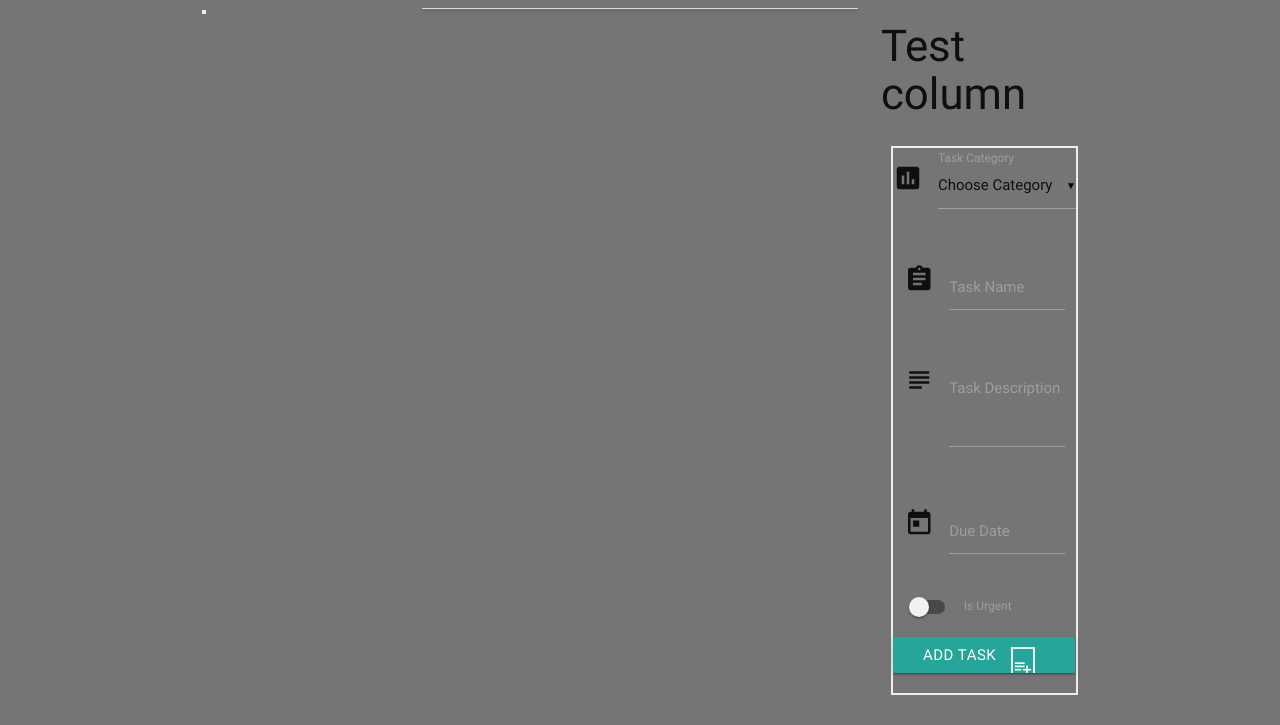
Repository: teetsjeremy/dcProject
Page: http://localhost/
The author's editor kept a record of every edit. The page is drawn from the files as they stood at one moment, then again after the next edit.
The browser window is 1280 px wide. The pictures show the whole page.
Some web libraries are served in a nearby version. The page is served by the project's application, run on Flask 3 (app.py). Queries for data that is not in the repository find no rows.

Above is the page before.

### templates/main.html
{% extends 'base.html' %}
{% block content %}

<div class="row">
    <div class="col s3">
        <div class="left">

        </div>
    </div>
    <div class="col s6">
        <ul class="collapsible" data-collapsible="accordion">
            {% for task in tasks %}
                <li>
                        <div class="collapsible-header">
                            <div class="col s3">
                            <i class="material-icons">expand_more</i>
                            </div>
                            <div class="col s9">
                                <strong>{{task.title}}</strong>
                            </div>
                        </div>
                        <div class="collapsible-body">

                            <span>
                                {{task.desc_of_problem}}
                            </span>

                            <div>
                                <a href="{{url_for('get_tasks', task_id=task._id)}}" class="waves-effect waves-light btn btn_small">Done</a>
                                <a href="{{url_for('edit_task', task_id=task._id)}}" class="waves-effect waves-light btn btn_small blue">Edit</a>
                            </div>

                        </div>
                    </li>
            {% endfor %}
        </ul>
    </div>
    <div class="col s3">
        <h3>Test column</h3>
        <div class="right">
            <form action="{{ url_for('insert_task') }}" method="POST"  class="col s12">
                <div class="row">
                    <div class="row">
                        <div class="input-field col s12">
                            <i class="material-icons prefix">poll</i>
                            <select id="category" name="category_name">
                        <option value="" disabled selected>Choose Category</option>
                        {% for cat in categories %}
                            <option value="{{cat.category_name}}">{{cat.category_name}}</option>
                        {% endfor %}
                        </select>
                        <label>Task Category</label>
                        </div>
                    </div>
                    <div class="input-field col s12">
                        <i class="material-icons prefix">assignment</i>
                        <input id="task_name" name="task_name" type="text">
                        <label for="icon_prefix">Task Name</label>
                    </div>
                </div>
                <div class="row">
                    <div class="input-field col s12">
                        <i class="material-icons prefix">subject</i>
                        <textarea name="task_description" id="task_description" class="materialize-textarea"></textarea>
                        <label for="icon_telephone">Task Description</label>
                    </div>
                </div>
                <div class="row">
                    <div id="matfix" class="input-field col s12">
                        <i class="material-icons prefix">today</i>
                        <input id="due_date" name="due_date" type="text" class="datepicker">
                        <label for="icon_prefix">Due Date</label>
                    </div>
                </div>
                <div class="row">
                    <div class="switch">
                        <label>
                          <input id="is_urgent" name="is_urgent" type="checkbox">
                          <span class="lever"></span>
                          Is Urgent
                        </label>
                    </div>
                </div>
                <div class="row">
                    <button class="btn waves-effect waves-light" type="submit" name="action">Add Task
                        <i class="material-icons right">playlist_add</i>
                     </button>
                </div>
            </form>
        </div>
    </div>

</div>

{% endblock %}

### templates/base.html
<!DOCTYPE html>
<html lang="en">
<head>
    <meta charset="UTF-8">
    <meta name="viewport" content="width=device-width, initial-scale=1.0">
    <meta http-equiv="X-UA-Compatible" content="ie=edge">
    <title>dc-Project</title>

        <link href="https://fonts.googleapis.com/icon?family=Material+Icons" rel="stylesheet">
        <link rel="stylesheet" href="https://cdnjs.cloudflare.com/ajax/libs/materialize/0.100.2/css/materialize.min.css">
        <link rel="stylesheet" href="{{url_for('static', filename='css/style.css')}}" type="text/css" />

</head>
<body>

    <div class="container">
        {% block content %} {% endblock %}
    </div>

    <script src="https://cdnjs.cloudflare.com/ajax/libs/jquery/3.2.1/jquery.min.js"></script>
    <script src="https://cdnjs.cloudflare.com/ajax/libs/materialize/0.100.2/js/materialize.min.js"></script>
    <script type="text/javascript">
        $(document).ready(function() {
            $('.collapsible').collapsible();
            $('select').material_select();
        });

        document.getElementById("matfix").addEventListener("click", function(e) {e.stopPropagation(); });

        </script>
</body>
</html>

### app.py
import os
from flask import Flask, render_template, redirect, request, url_for
from flask_pymongo import PyMongo
from bson.objectid import ObjectId

app = Flask(__name__)

app.config["MONGO_DBNAME"] = 'dcProject'
app.config["MONGO_URI"] = 'mongodb+srv://Teets:Lexi1013@myfirstcluster-oq2u3.mongodb.net/dcProject?retryWrites=true&w=majority'

mongo = PyMongo(app)


@app.route('/')
@app.route('/get_tasks')
def get_tasks():
    return render_template("main.html", tasks=mongo.db.E9Xissues.find())

@app.route('/diagnostic')
def diagnostic():
    return render_template("main.html", tasks=mongo.db.E9Xissues.find(diagnostic))

@app.route('/tab')
def tab():
    return render_template("tab.html")

@app.route('/contact')
def contact():
    return render_template("contact.html")

@app.route('/shop')
def shop():
    return render_template("shop.html")

@app.route('/add_task')
def add_task():
    return render_template("addtask.html")

@app.route('/insert_task', methods=['POST'])
def insert_task():
    tasks =  mongo.db.E9Xissues
    tasks.insert_one(request.form.to_dict())
    return redirect(url_for('get_tasks'))

@app.route('/edit_task/<task_id>')
def edit_task(task_id):
    the_task =  mongo.db.E9Xissues.find_one({".topic": ObjectId(task_id)})
    all_categories =  mongo.db.E9Xissues.find()
    return render_template('edit.html', task=the_task, categories=all_categories)

@app.route('/update_task/<task_id>', methods=["POST"])
def update_task(task_id):

    tasks = mongo.db.E9Xissues
    tasks.update( {'topic': ObjectId(task_id)},
        {
            'topic':request.form.get('topic'),
            'title':request.form.get('title'),
            'desc_of_problem': request.form.get('desc_of_problem'),
            'work_performed': request.form.get('work_performed'),
            'fixed':request.form.get('fixed'),
            'need.help':request.form.get('need.help')
        })
    return redirect(url_for('get_tasks'))

@app.route('/delete_task/<task_id>')
def delete_task(task_id):
    mongo.db. E9Xissues.remove({"_id": ObjectId(task_id)})
    return redirect(url_for('get_tasks'))

if __name__ == '__main__':
    app.run(host=os.environ.get('IP'),
            port=int(os.environ.get('PORT')),
            debug=True)

### static/css/style.css
body{
    background-color: #757575;
}

.left{
    box-sizing: border-box;
    -moz-box-sizing: border-box;
    -webkit-box-sizing: border-box;
    width: auto;
    height: auto;
    border: 2px solid #eee;
    margin: 10px;
}

.right{
    -moz-box-sizing: border-box;
    -webkit-box-sizing: border-box;
    box-sizing: border-box;
    width: auto;
    height: auto;
    border: 2px solid #eee;
    margin: 10px;
}

.diag{

}

.drive{

}

.noises{

}

.misc{

}

After the next edit:
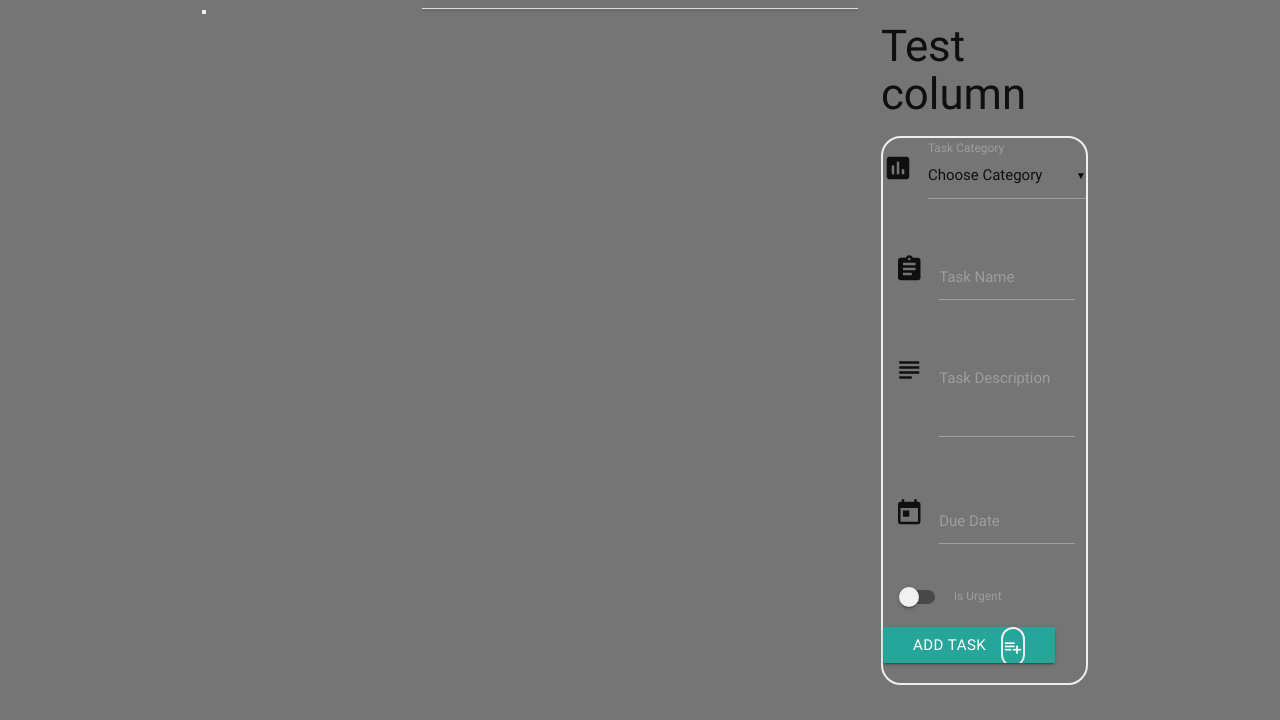
The edit:
--- a/static/css/style.css
+++ b/static/css/style.css
@@ -19,7 +19,8 @@
     width: auto;
     height: auto;
     border: 2px solid #eee;
-    margin: 10px;
+    border-radius: 20px;
+    position:static;
 }
 
 .diag{
